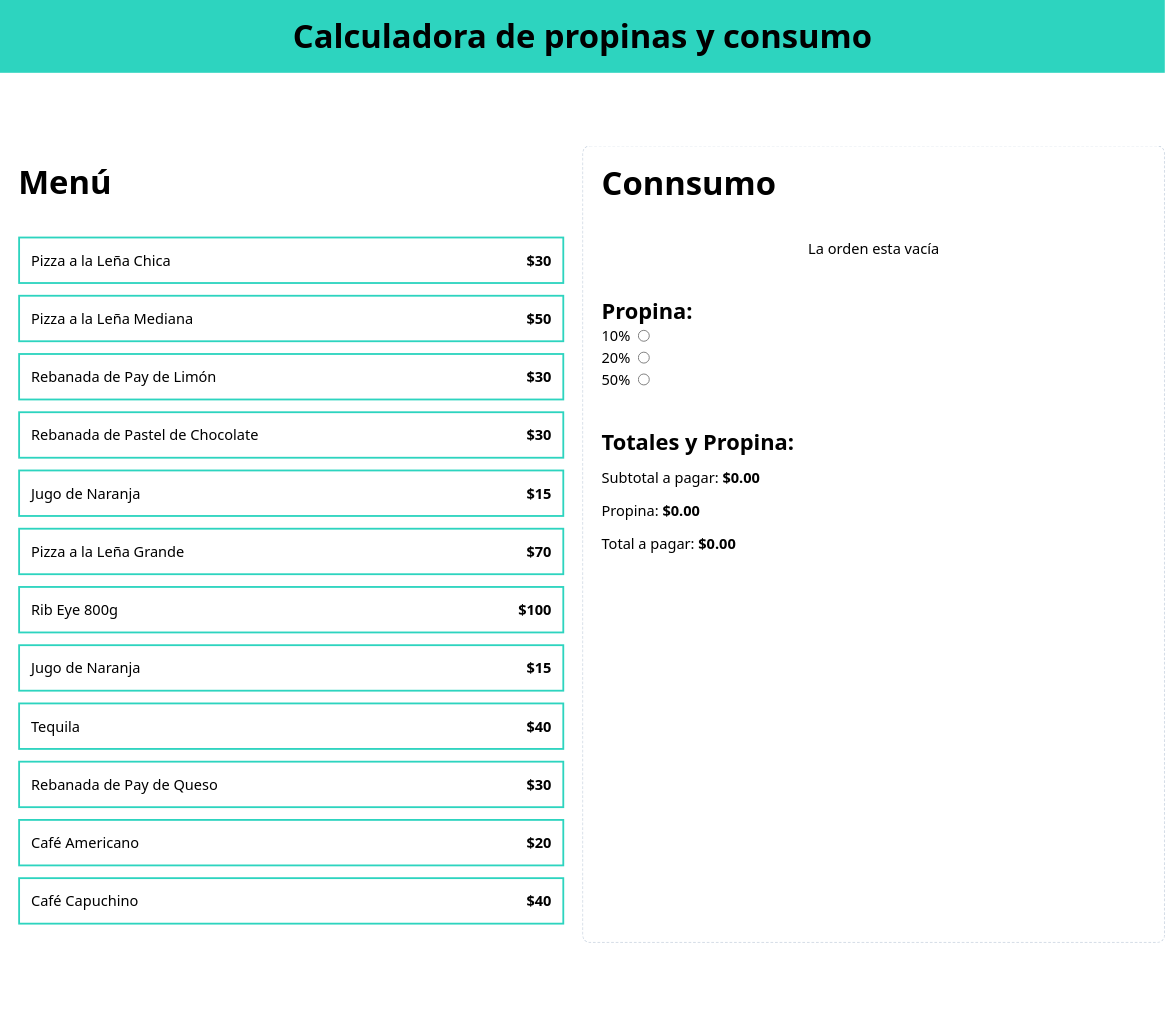
Repository: Samuel-Leal96/calculador_propinas
Page: /
The author's editor kept a copy of each file at every save. The page is drawn from the files as they stood at one save, then again after the next save.
The browser window is 1280 px wide. The pictures show the whole page, at 91% of full size.
The project was rebuilt for these pictures with package versions that can differ from the ones it lists, and the page was loaded fresh each time. Also part of the build but not shown: vite.config.ts.

Above is the page before, as saved 2025-10-22 15:13:58.

After the next save:
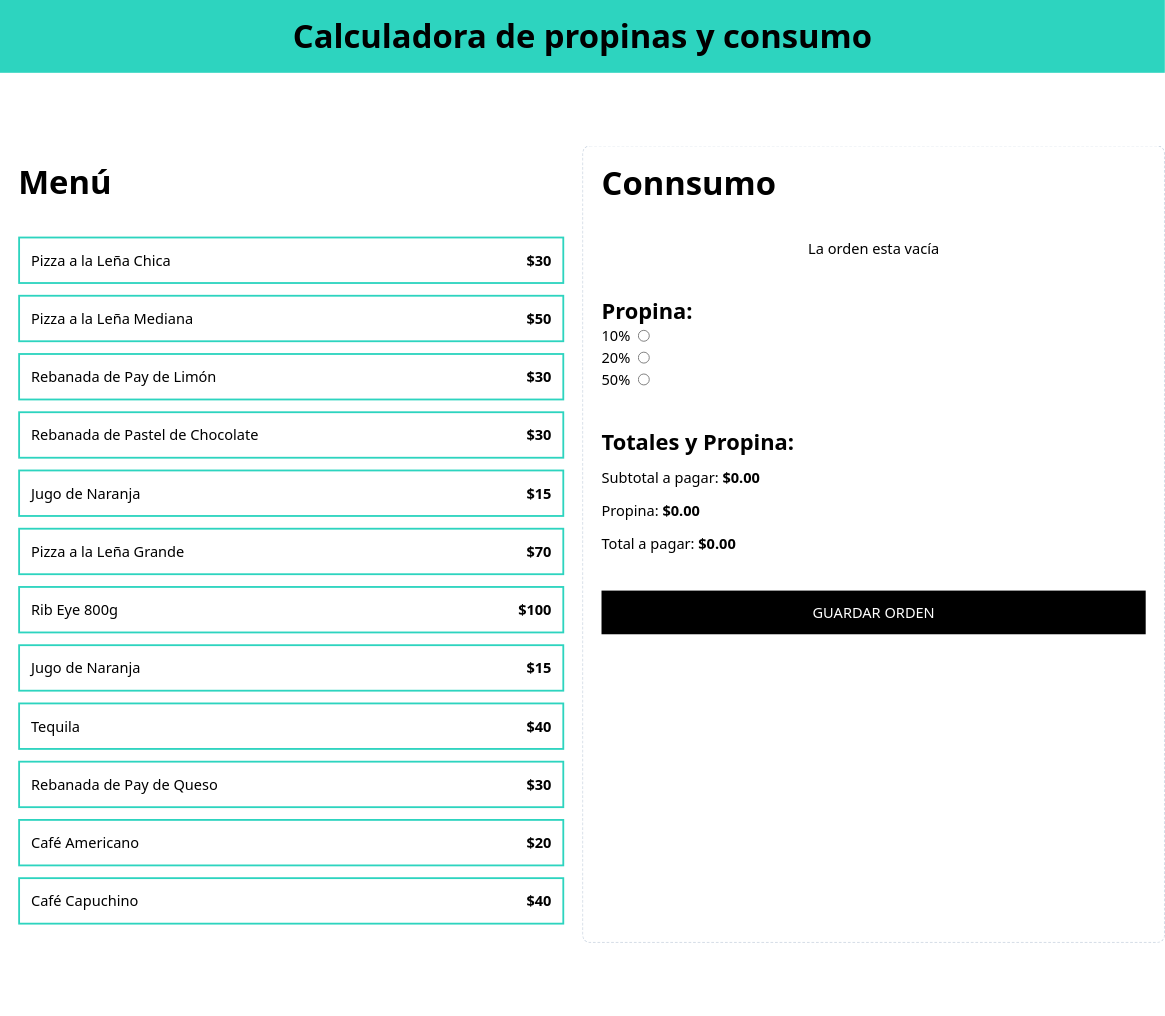
Saved 2 min 20 s later.
--- a/src/components/OrderTotal.tsx
+++ b/src/components/OrderTotal.tsx
@@ -32,8 +32,8 @@ export default function OrderTotal({ order, tip }: OrderTotalsProps) {
                 </p>
             </div>
 
-            <button>
-
+            <button className="w-full bg-black p-3 uppercase text-white mt-10">
+                Guardar orden
             </button>
         </>
     )
